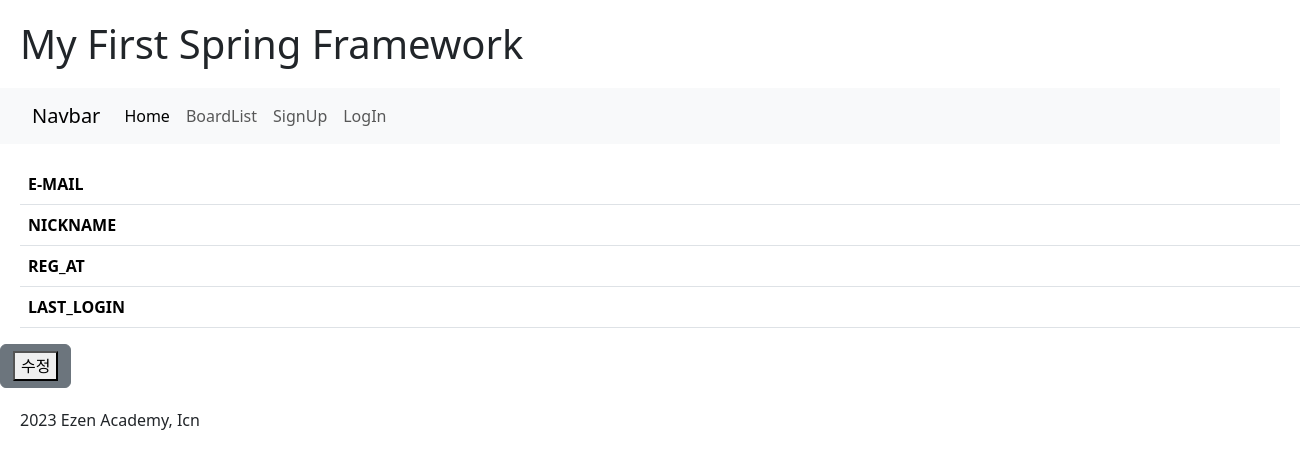
Repository: halsooitda/spring-java
Page: http://localhost/springProject/WEB-INF/views/member/detail.jsp
An editor plug-in stored every save of this project. The page is shown before and after the next save, followed by the edit.
The browser window is 1280 px wide. The page is 1300 px wide, so the pictures cover 1300 px, including what lies to the right of the window. The pictures show the whole page.
The page is served by Tomcat 9. Nobody is signed in. The template is opened directly, without the code that normally fills it, so the values that code supplies are empty.

Above is the page before, as saved 2023-10-31 07:23:42.
Console error: TypeError: Cannot read properties of null (reading 'addEventListener')

After the next save:
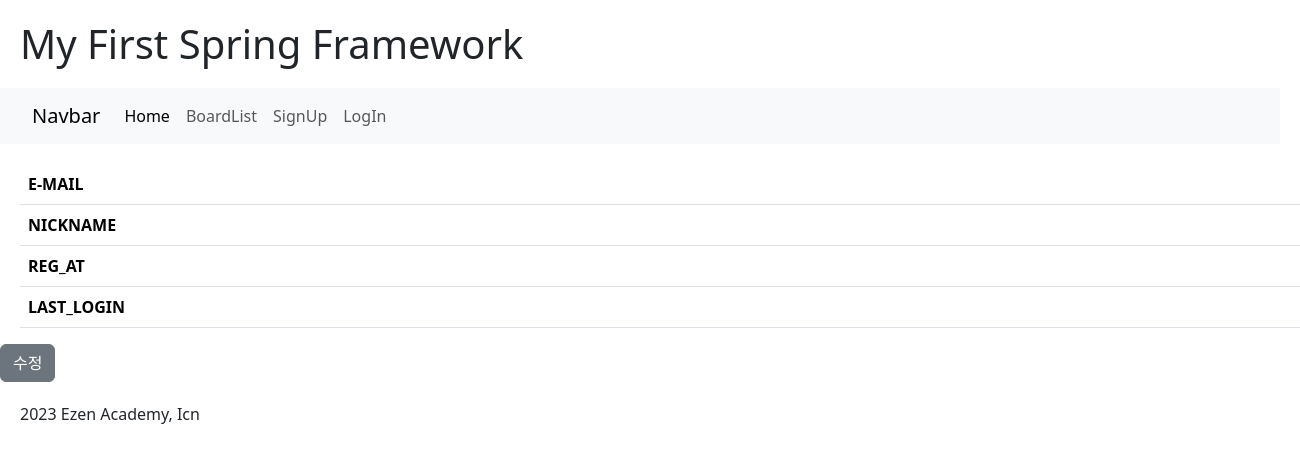
Saved 5 s later.
--- a/springProject/src/main/webapp/WEB-INF/views/member/detail.jsp
+++ b/springProject/src/main/webapp/WEB-INF/views/member/detail.jsp
@@ -35,7 +35,7 @@
 			<td>${mvo.lastLogin }</td>
 		</tr>
 	</table>
-	<a class="btn btn-secondary" href="/member/modify"><button>수정</button></a>
+	<a href="/member/modify"><button class="btn btn-secondary">수정</button></a>
 
 <jsp:include page="../common/footer.jsp"/>
 </body>
